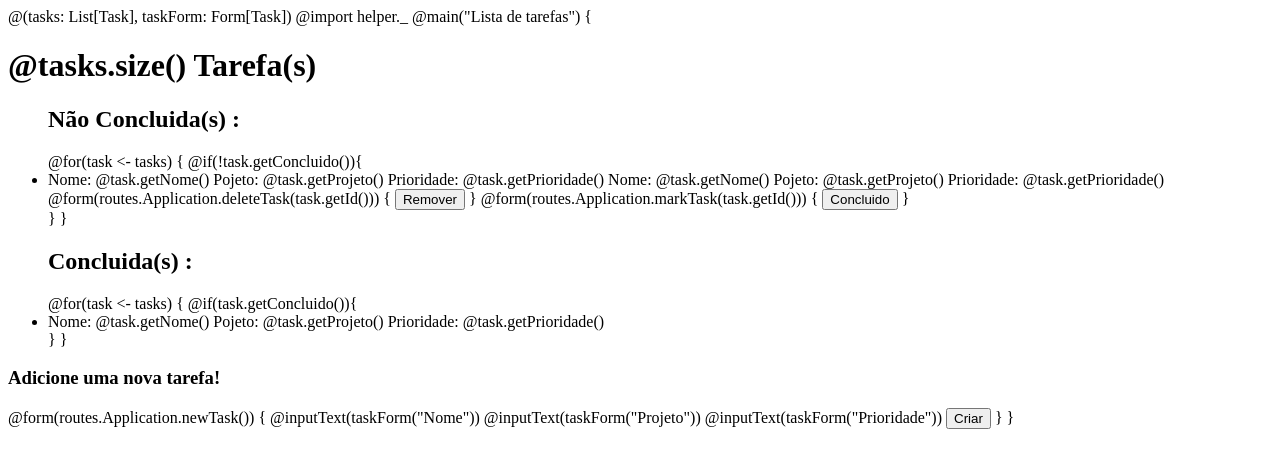
Repository: lcavalcante/si1
Page: lab2/.target/views/index.scala.html
These files come from the project's save history. The page is drawn as it stood at one moment and after the next save; the edit follows.
The browser window is 1280 px wide. The pictures show the whole page.

Above is the page before, as saved 2013-11-27 00:59:37.

After the next save:
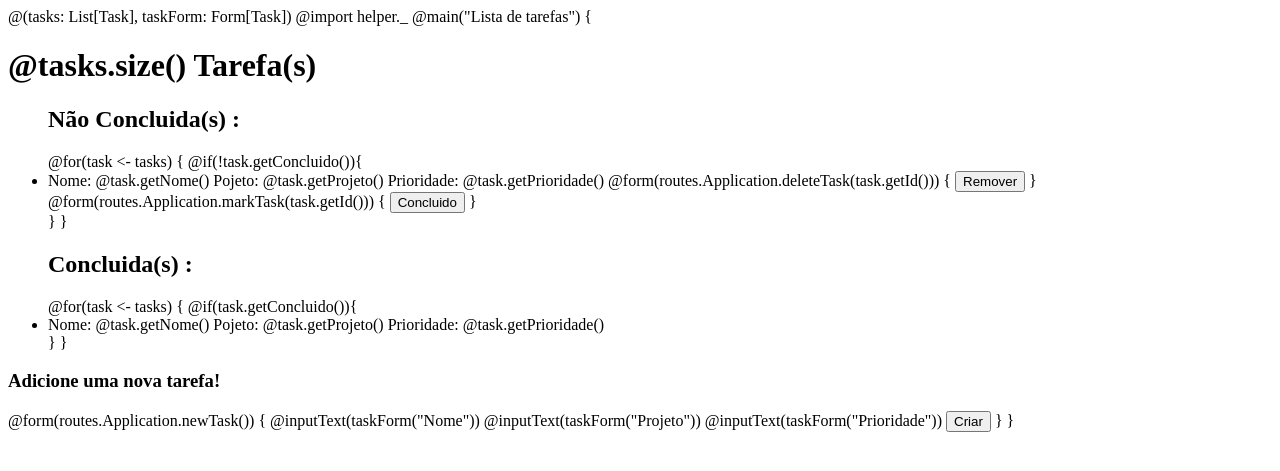
Saved 44 s later.
--- a/lab2/.target/views/index.scala.html
+++ b/lab2/.target/views/index.scala.html
@@ -15,8 +15,6 @@
                 Nome: @task.getNome()
                 Pojeto: @task.getProjeto()
                 Prioridade: @task.getPrioridade()
-
-                Nome: @task.getNome() Pojeto: @task.getProjeto() Prioridade: @task.getPrioridade()
 
                 @form(routes.Application.deleteTask(task.getId())) {
                     <input type="submit" value="Remover">
